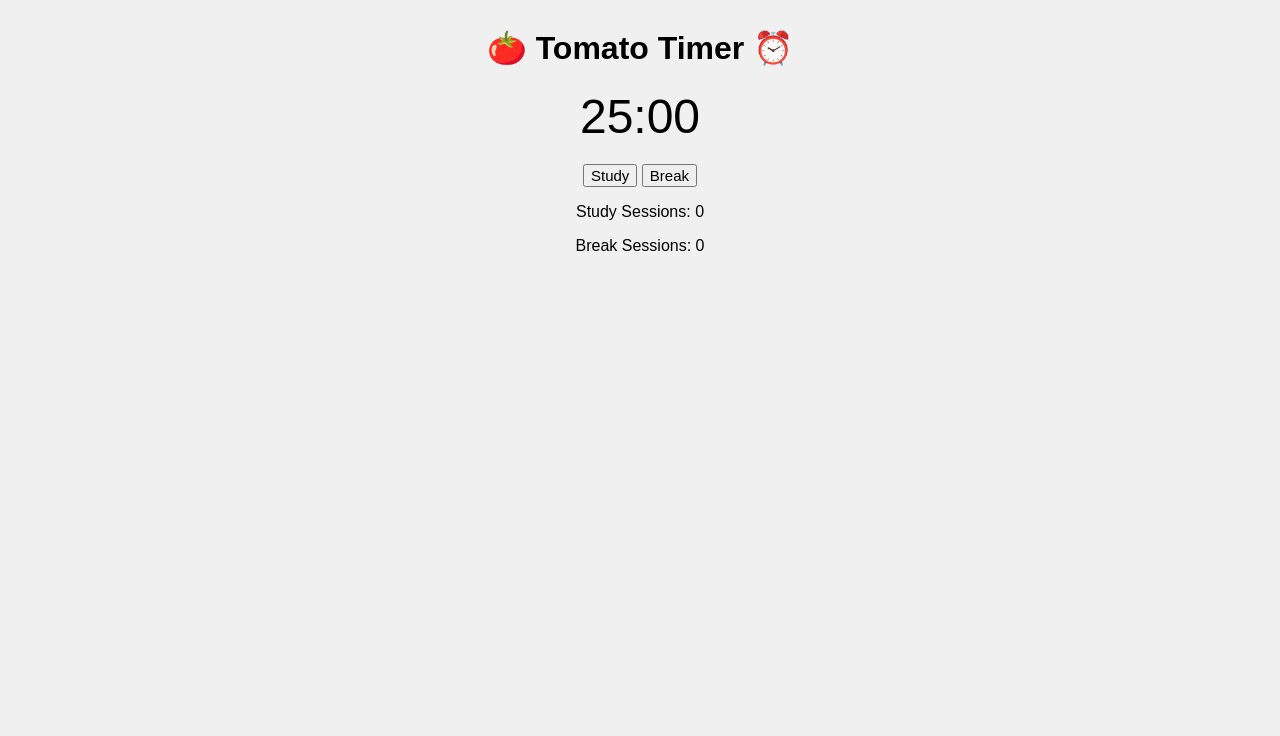
Repository: valentinaarojas/tomato-timer
Page: index.html
An editor plug-in stored every save of this project. The page is shown before and after a run of saves, followed by the edit.
The browser window is 1280 px wide. The pictures show the whole page.

Above is the page before, as saved 2025-02-06 20:05:34.

### index.html
<!DOCTYPE html>
<html lang="en">
<head>
    <title>Tomato Timer</title>
    <link rel="stylesheet" href="styles.css">
</head>
<body>
    <div id="container">
        <h1>🍅 Tomato Timer ⏰</h1>
        <div id="timer-display">
            <span id="time-left">25:00</span>
        </div>
        <div id="buttons">
            <button id="study-btn">Study</button>
            <button id="break-btn">Break</button>
        </div>
        <div id="session-count">
            <p>Study Sessions: <span id="study-count">0</span></p>
            <p>Break Sessions: <span id="break-count">0</span></p>
        </div>
    </div>
</body>
</html>

### styles.css
body {
    font-family: Arial, sans-serif;
    background-color: #f0f0f0;
    display: flex;
    justify-content: center;
    text-align: center;
    height: 100vh;
}

.container {
    text-align: center;
}

#timer-display {
    margin: 20px 0;
    font-size: 48px;
}

#buttons button {
    font-size: 15px;
}

After the next 2 saves:
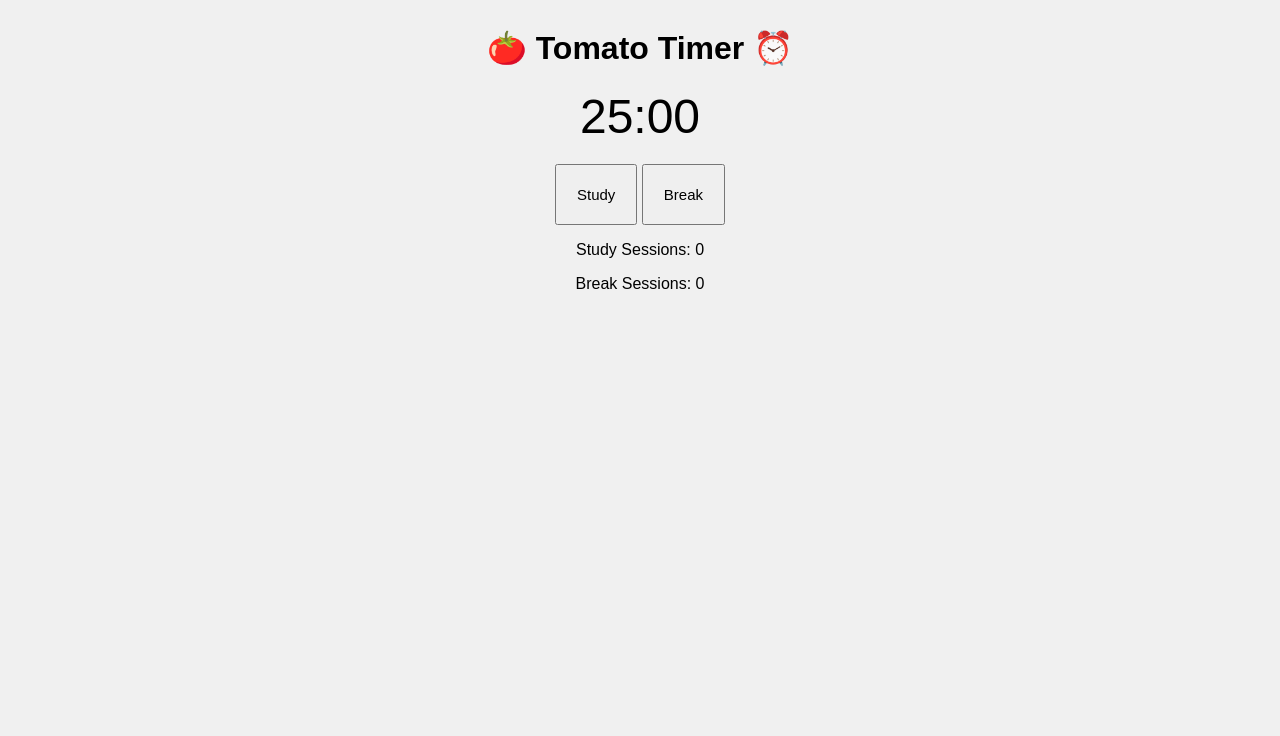
The 2 saves are shown as one change because they came seconds apart.
The last was saved 25 s later.
--- a/styles.css
+++ b/styles.css
@@ -18,4 +18,5 @@
 
 #buttons button {
     font-size: 15px;
+    padding: 20px;
 }

After the 2 saves that followed:
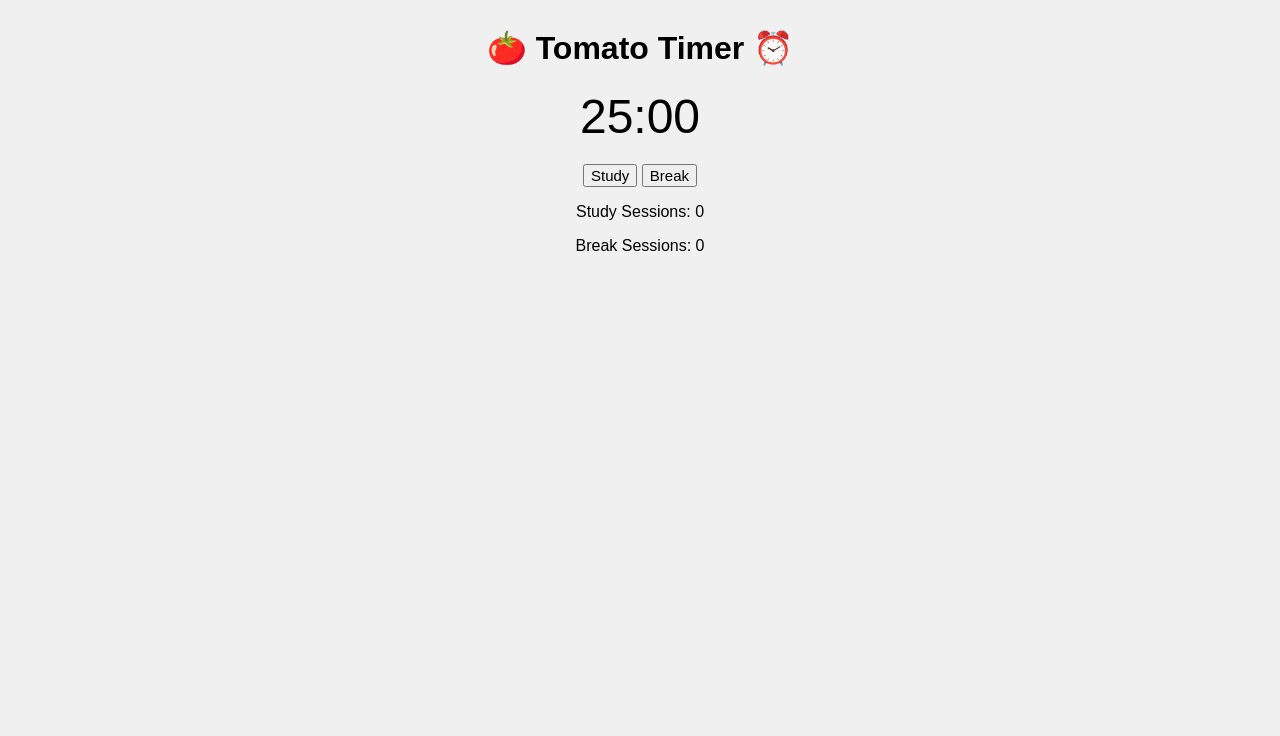
The 2 saves are shown as one change because they came seconds apart.
The last was saved 11 s later.
--- a/styles.css
+++ b/styles.css
@@ -18,5 +18,5 @@
 
 #buttons button {
     font-size: 15px;
-    padding: 20px;
+    margin:
 }
